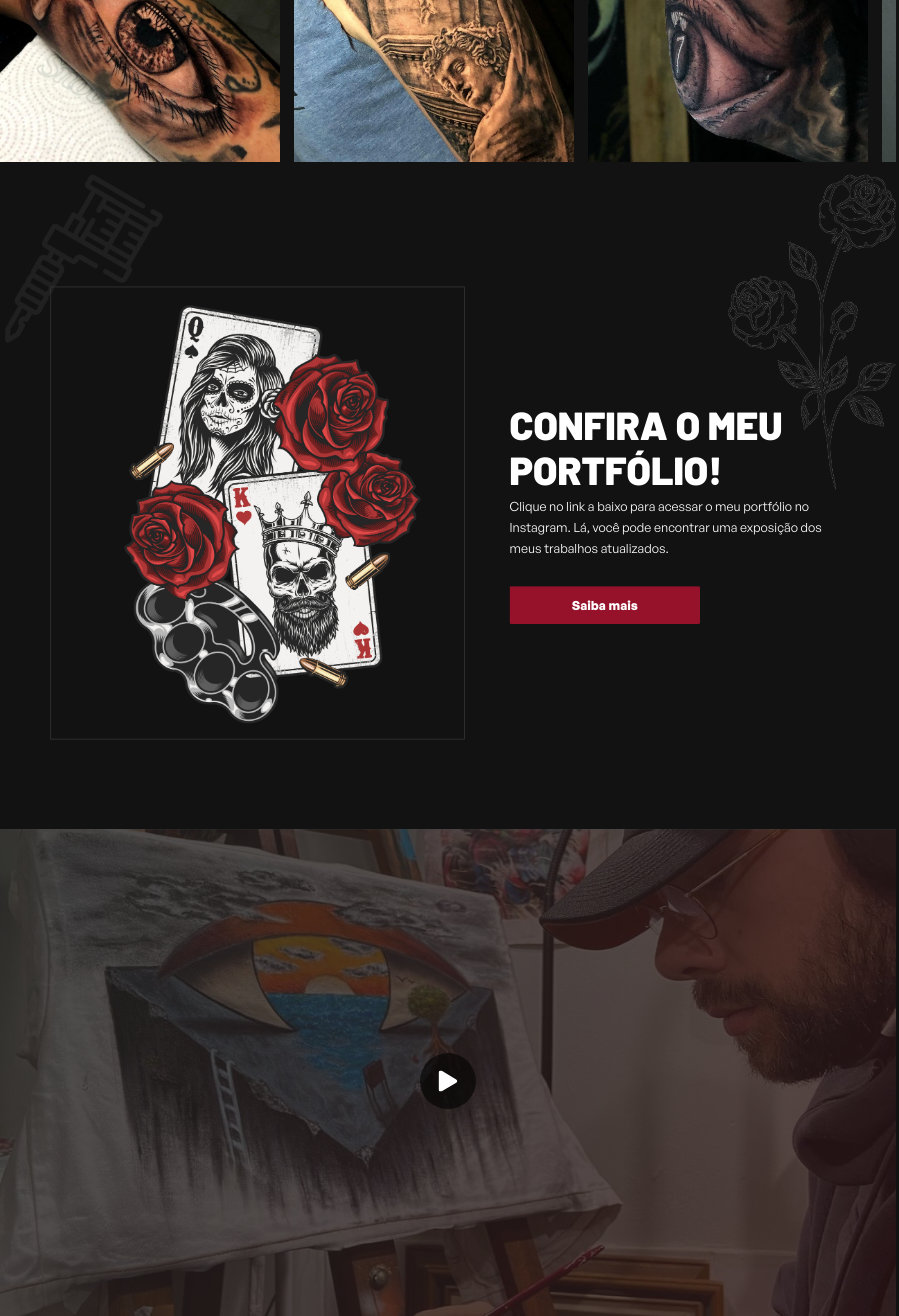
Repository: Leoka2000/S-tima-Ideia
Page: /
An editor plug-in stored every save of this project. The page is shown before and after the next save, followed by the edit.
The browser window is 1280 px wide. The page is 1284 px wide, so the pictures cover 1284 px, including what lies to the right of the window. The pictures show the part of the page from y = 2398 to 4278 px (the page is 7066 px tall before and 6982 px after), at 70% of full size.
Backgrounds fixed to the window are drawn as part of the page. The project was rebuilt for these pictures with package versions that can differ from the ones it lists, and the page was loaded fresh each time. Some packages were replaced by stand-ins written for this rebuild. Also part of the build but not shown: src/pages/main/instagram/instagram.css, src/pages/main/instagram/instagram.jsx, src/App.css, src/pages/portfolio/portfolio.css, src/data/database-common.js, src/pages/portfolio/loop-content.jsx, src/pages/portfolio/portfolio.jsx, src/pages/portfolio/index.jsx and 2 more. Imported but missing from the stored project, and not drawn on this page: src/assets/videos/cauan-video.mp4.

Above is the page before, as saved 2023-05-22 14:51:12.

After the next save:
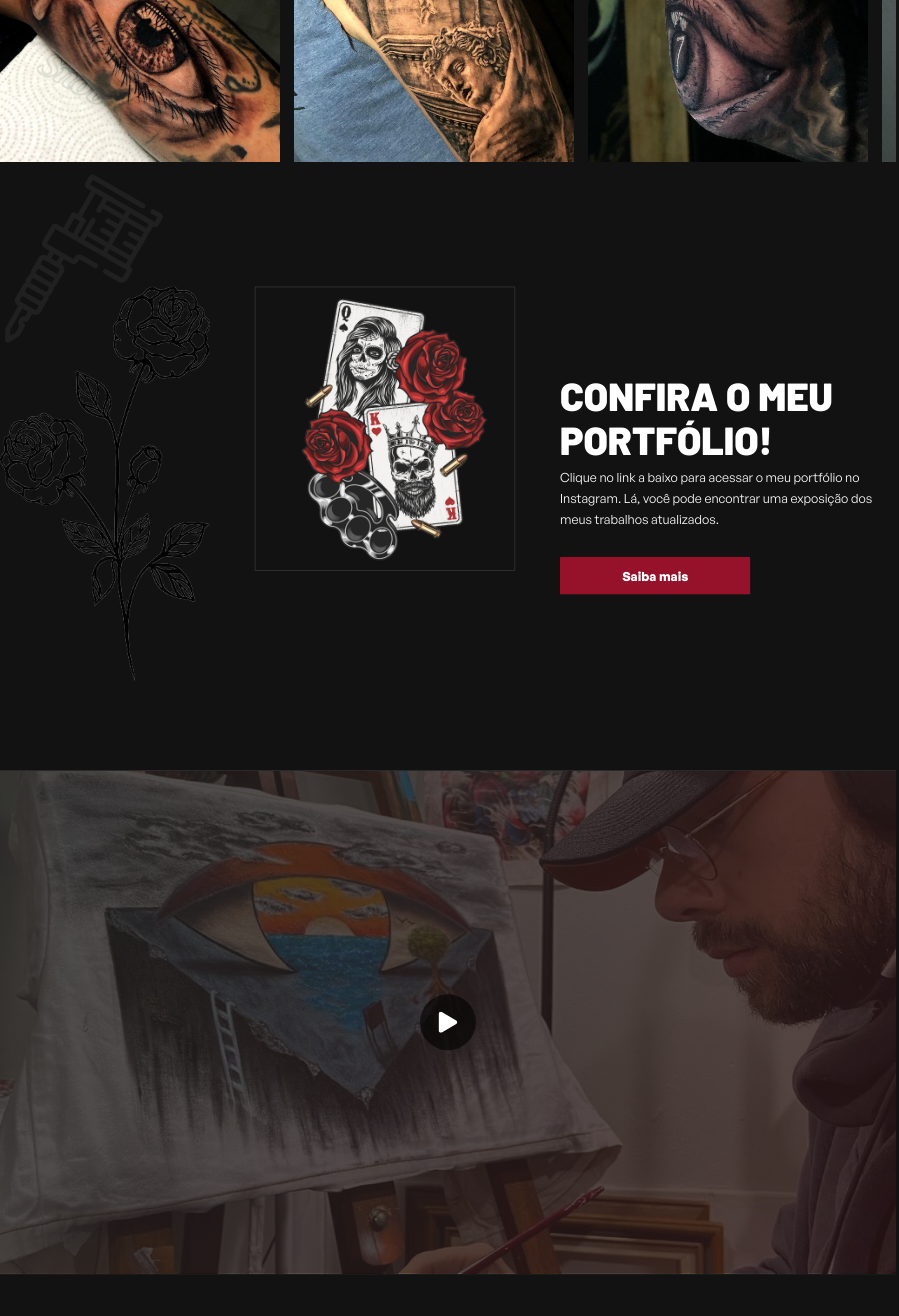
Saved 8 min 14 s later.
--- a/src/pages/main/olhe-portfolio/index.jsx
+++ b/src/pages/main/olhe-portfolio/index.jsx
@@ -24,7 +24,7 @@
   return (
     <section id='portfolio' className='look-portfolio-section'>
       <img className='silhouete' src={silhouete} />
-      <img className='clown' src={clown} />
+      <img className='rose' src={clown} />
       <motion.div
         ref={ref1}
         initial={{ opacity: 0 }}
@@ -42,7 +42,7 @@
         <h1>Confira o meu portfólio!</h1>
         <p>Clique no link a baixo para acessar o meu portfólio no Instagram. Lá, você pode encontrar uma exposição dos meus trabalhos atualizados.</p>
         <a
-         style={{textDecoration:'none'}} to='/portfolio'>Saiba mais</a>
+         style={{textDecoration:'none'}} target='_blank' href='https://www.instagram.com/setimaideia.ink/'>Saiba mais</a>
       </motion.div>
 
     </section>

After the save that followed:
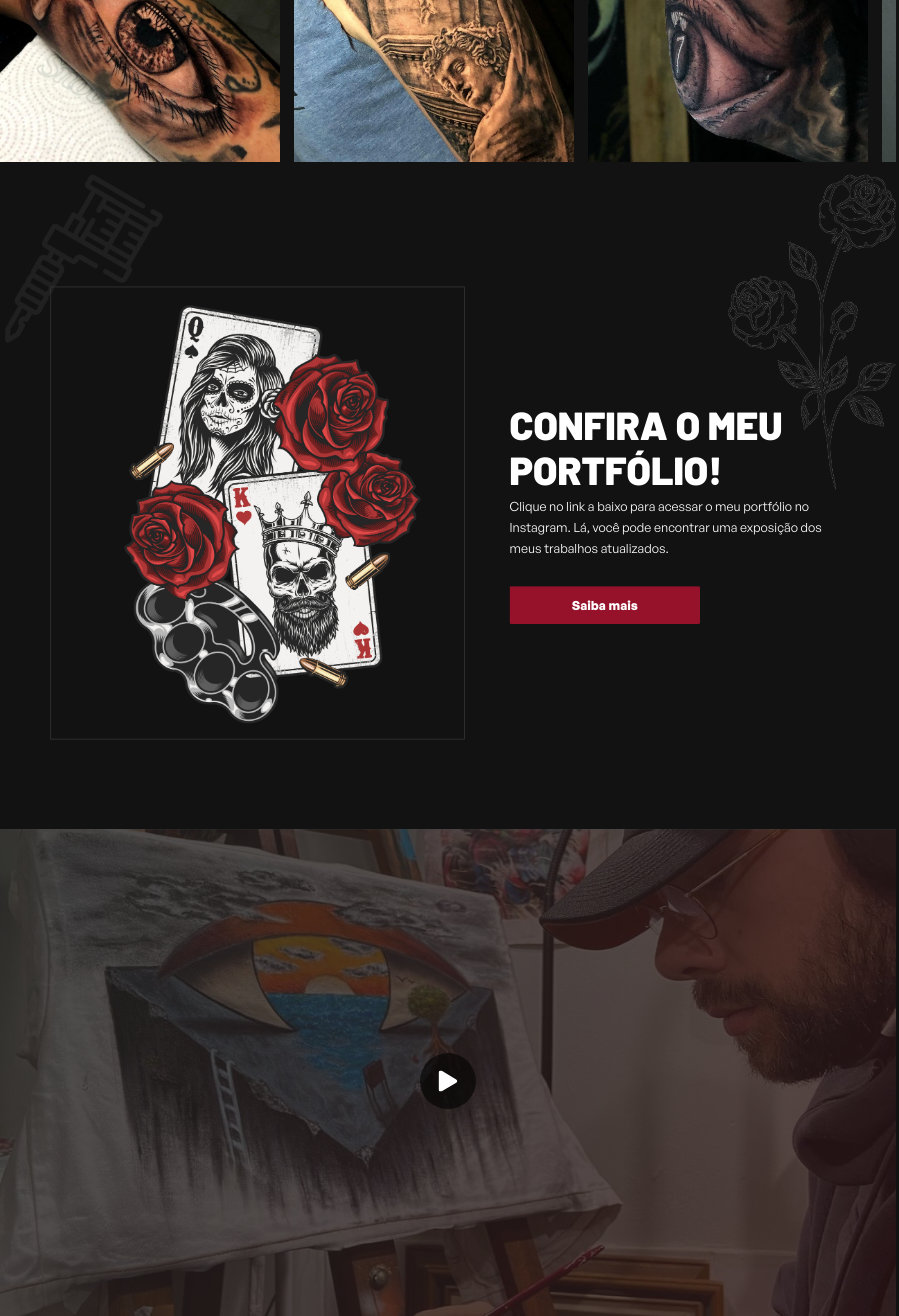
Saved 37 s later.
--- a/src/pages/main/olhe-portfolio/index.jsx
+++ b/src/pages/main/olhe-portfolio/index.jsx
@@ -24,7 +24,7 @@
   return (
     <section id='portfolio' className='look-portfolio-section'>
       <img className='silhouete' src={silhouete} />
-      <img className='rose' src={clown} />
+      <img className='clown' src={clown} />
       <motion.div
         ref={ref1}
         initial={{ opacity: 0 }}
@@ -42,7 +42,7 @@
         <h1>Confira o meu portfólio!</h1>
         <p>Clique no link a baixo para acessar o meu portfólio no Instagram. Lá, você pode encontrar uma exposição dos meus trabalhos atualizados.</p>
         <a
-         style={{textDecoration:'none'}} target='_blank' href='https://www.instagram.com/setimaideia.ink/'>Saiba mais</a>
+         style={{textDecoration:'none'}} to='/portfolio'>Saiba mais</a>
       </motion.div>
 
     </section>
